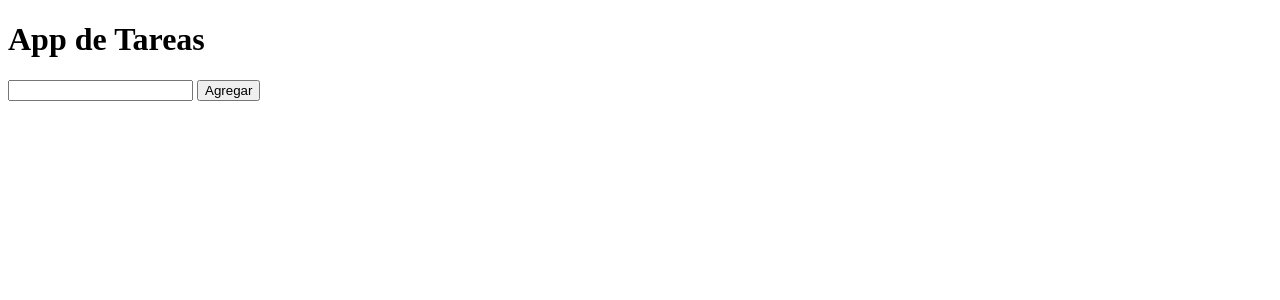
Repository: Kevin8548/Ejercicios-DOM
Page: todoapp/index.html
An editor plug-in stored every save of this project. The page is shown before and after the next save, followed by the edit.
The browser window is 1280 px wide. The pictures show the whole page.

Above is the page before, as saved 2024-10-09 13:39:58.

After the next save:
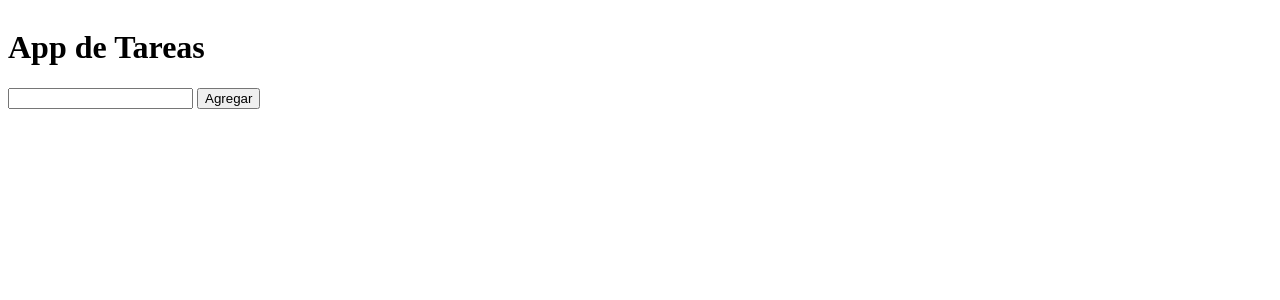
Saved 12 min 31 s later.
--- a/todoapp/style.css
+++ b/todoapp/style.css
@@ -20,3 +20,7 @@
     border: 2px solid green;
     background-color: rgb(179,238,179);
 }
+
+.form{
+    float: left;
+}
